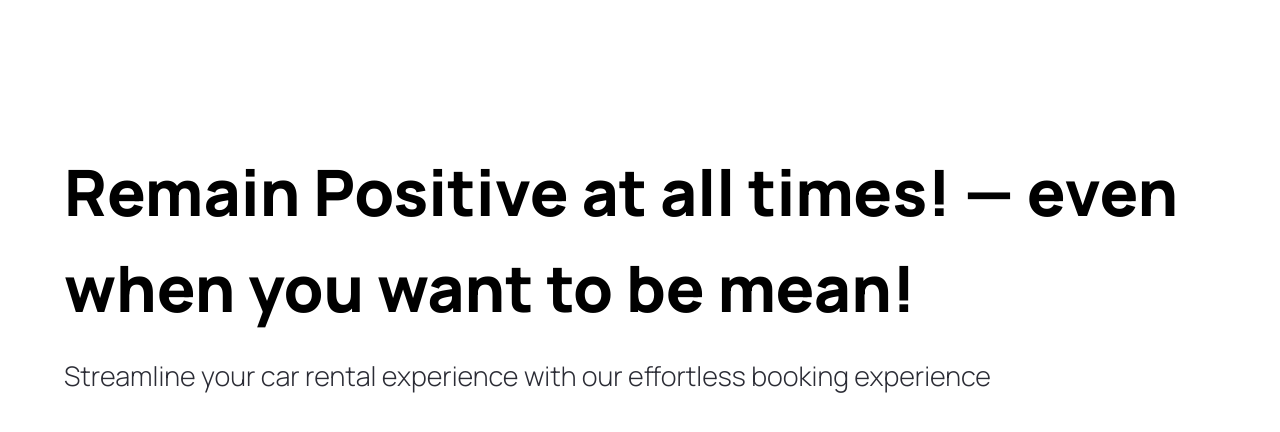
Repository: MikeeBuilds/driver
Page: /
The author's editor kept a copy of each file at every save. The page is drawn from the files as they stood at one save, then again after a run of saves.
The browser window is 1280 px wide. The pictures show the whole page.
The project was rebuilt for these pictures with package versions that can differ from the ones it lists, and the page was loaded fresh each time. The framework's server and built-in components were replaced by stand-ins that run in the browser. Also part of the build but not shown: next.config.js.

Above is the page before, as saved 2023-06-21 21:39:27.

After the next 2 saves:
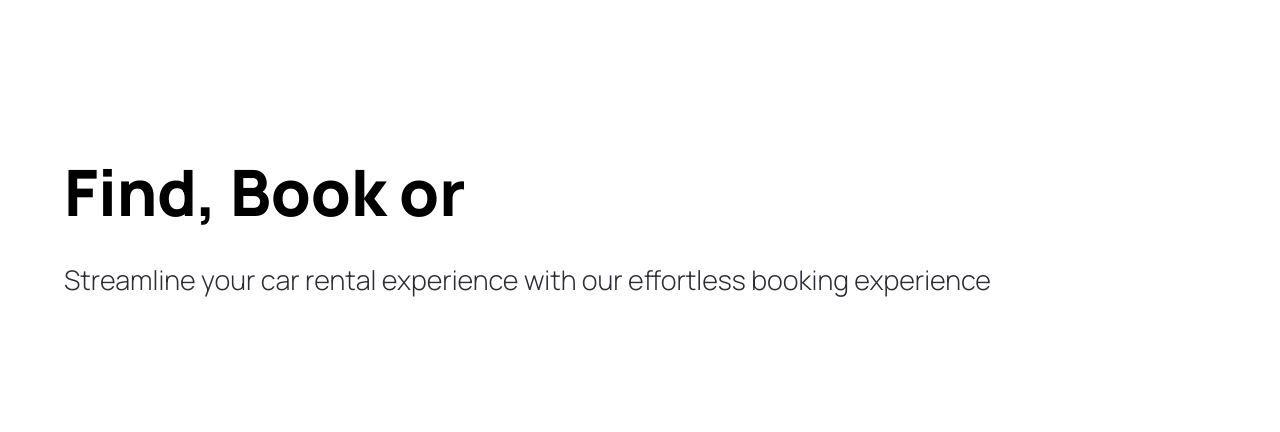
The 2 saves are shown as one change because they came seconds apart.
The last was saved 9 s later.
--- a/components/Hero.tsx
+++ b/components/Hero.tsx
@@ -6,7 +6,7 @@ const Hero = () => {
     <div className='hero'>
         <div className='flex-1 pt-36 padding-x'>
             <h1 className='hero__title'>
-                Remain Positive at all times! — even when you want to be mean!
+                Find, Book or
             </h1>
 
             <p className='hero__subtitle'>
